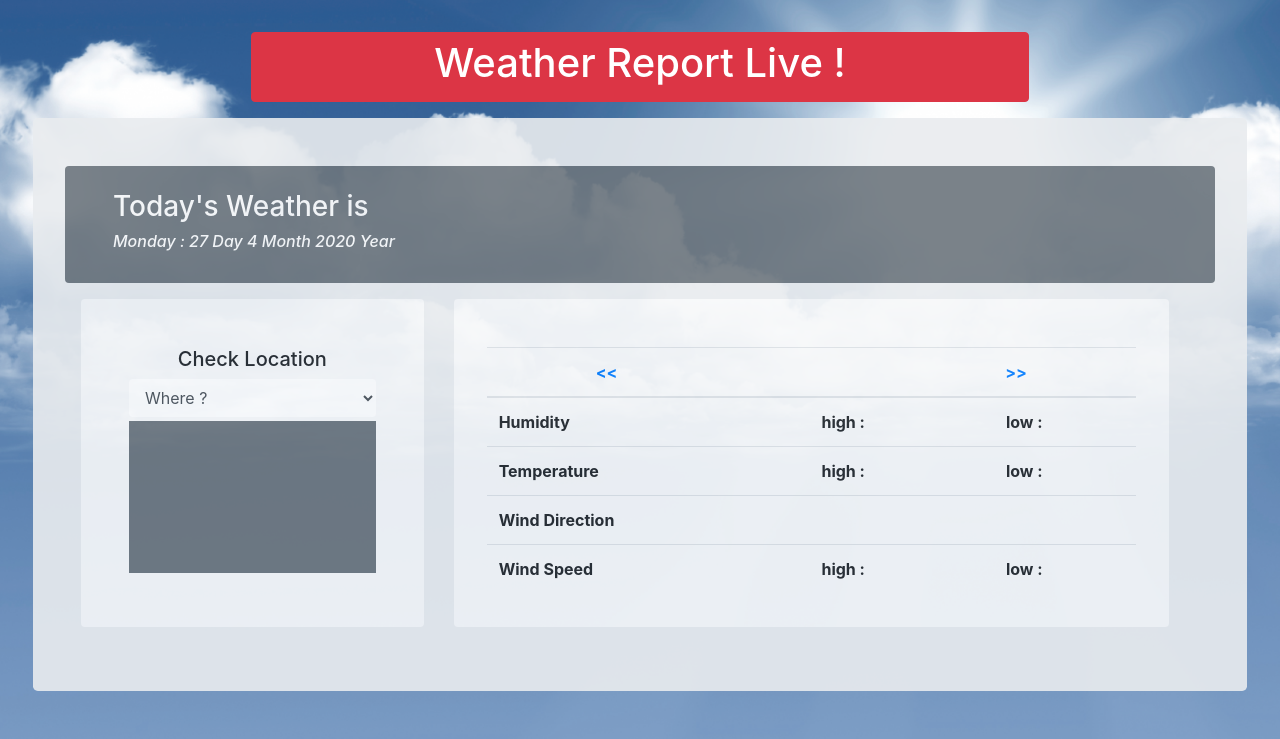
Repository: Code-Institute-Submissions/projectchen88-weatherForecast
Page: index.html
The author's editor kept a record of every edit. The page is drawn from the files as they stood at one moment, then again after the next edit.
The browser window is 1280 px wide. The pictures show the whole page.
The page's requests for data from a server got no answer.

Above is the page before.
Console error (its wording comes from the project's code and is left out).

### index.html
<!doctype html>
<html lang="en">

<head>
    <!-- Required meta tags -->
    <meta charset="utf-8">
    <meta name="viewport" content="width=device-width, initial-scale=1, shrink-to-fit=no">
    <!--AXIOS link-->
    <script src="https://unpkg.com/axios/dist/axios.min.js"></script>
    <!-- Bootstrap CSS -->
    <link rel="stylesheet" href="https://stackpath.bootstrapcdn.com/bootstrap/4.4.1/css/bootstrap.min.css" integrity="sha384-Vkoo8x4CGsO3+Hhxv8T/Q5PaXtkKtu6ug5TOeNV6gBiFeWPGFN9MuhOf23Q9Ifjh" crossorigin="anonymous">
    <!--Font Awesome-->
    <link rel="stylesheet" href="https://cdnjs.cloudflare.com/ajax/libs/font-awesome/4.7.0/css/font-awesome.min.css">
    <!--Custom CSS-->
    <link rel="stylesheet" href="styles/style.css" type="text/css" />
    <title>Hello, world!</title>
</head>

<body>
    <main id='main-page' class='container-fluid px-5 py-3'>
        <!--Header-->
        <div class="row">
            <div class="col-md-8 col-12 p-3 mx-auto">
                <span class='btn btn-danger w-100'><h1>Weather Report Live ! </h1></span>
            </div>
        </div>

        <!--Current Weather -->
        <div class="row jumbotron py-5">
            <div class="col-12 px-5 py-4 bg-secondary text-light rounded">
                <h3>Today's Weather is <span id='status'></span></h3>
                <h6 id='dateToday' class='font-italic'></h6>
            </div>
            <div id='display-section' class="col-12 p-3">
                <div class="box row">
                    <!--Check and display weather of location selected-->
                    <div class="box col-md-4 col-12 mx-auto text-center">
                        <div class="box p-5 bg-light rounded">
                            <h5>Check Location</h5>
                            <div>
                                <select class='form-control border-0' id="select">
                                    <option>Where ?</option>
                                </select>
                            </div>
                            <div class='mt-1 p-2 bg-secondary'>
                                <!--<p id='weather' class='font-bolder text-light'></p>   -->
                                <p class='p-5 bg-secondary text-light rounded font-weight-bolder' id='weather'>&nbsp</p>

                            </div>
                        </div>
                    </div>

                    <!--Display 4 days forecast-->
                    <div class="box col-md-8 col-12 mx-auto text-center">
                        <div class="box p-5 bg-light rounded">
                            <div class='display-box'>
                                <div class="row">
                                    <!--<div class="col-5">-->
                                        <!--<h5>Forecast for date :</h5>-->
                                        <!--<div class='d-flex justify-content-center'>-->
                                        <!--    <div class='d-flex'>-->
                                        <!--            <div id='next-day' class='text-primary'> << &nbsp</div>-->
                                        <!--            <h5 id='forecast-title'> </h5>-->
                                        <!--            <div id='next-day' class='text-primary'> &nbsp >> </div>-->
                                        <!--    </div>-->
                                        <!--    <div>-->
                                        <!--        <p class='p-5 bg-secondary text-light rounded font-weight-bolder' id='forecast'></p>-->
                                        <!--    </div>-->
                                        <!--</div>-->
                                        <!--<div class="col-7">-->
                                            <table class='table table-stripe '>
                                                <thead>
                                                    <tr>
                                                        <th colspan='5'>
                                                            <div class='d-flex justify-content-around'>
                                                            <div id='prev-day' class='text-primary'> << </div>
                                                            <span id='forecast-title'></span>
                                                            <div id='next-day' class='text-primary'> >> </div>
                                                            </div>
                                                        </th>
                                                    </tr>
                                                </thead>
                                                <tbody>
                                                    <tr>
                                                        <th class='text-left'>Humidity</th>
                                                        <th>high :</th>
                                                        <td id='humidity-high'></td>
                                                        <th>low :</th>
                                                        <td id='humidity-low'></td>
                                                    </tr>
                                                    <tr>
                                                        <th class='text-left'>Temperature</th>
                                                        <th>high :</th>
                                                        <td id='temperature-high'></td>
                                                        <th>low :</th>
                                                        <td id='temperature-low'></td>
                                                    </tr>
                                                    <tr>
                                                        <th class='text-left'>Wind Direction</th>
                                                        <td id='wind-direction' colspan='4'></td>
                                                    </tr>
                                                    <tr>
                                                        <th class='text-left'>Wind Speed</th>
                                                        <th>high :</th>
                                                        <td id='wind-speed-high'></td>
                                                        <th>low :</th>
                                                        <td id='wind-speed-low'></td>
                                                    </tr>
                                                </tbody>

                                            </table>

                                        <!--</div>-->

                                    <!--</div>-->
                                </div>
                            </div>
                        </div>


                    </div>
                </div>
            </div>


    </main>


    <!-- Optional JavaScript -->
    <!-- jQuery first, then Popper.js, then Bootstrap JS -->
    <script src="https://code.jquery.com/jquery-3.4.1.js" integrity="sha256-WpOohJOqMqqyKL9FccASB9O0KwACQJpFTUBLTYOVvVU=" crossorigin="anonymous"></script>
    <script src="https://cdn.jsdelivr.net/npm/popper.js@1.16.0/dist/umd/popper.min.js" integrity="sha384-Q6E9RHvbIyZFJoft+2mJbHaEWldlvI9IOYy5n3zV9zzTtmI3UksdQRVvoxMfooAo" crossorigin="anonymous"></script>
    <script src="https://stackpath.bootstrapcdn.com/bootstrap/4.4.1/js/bootstrap.min.js" integrity="sha384-wfSDF2E50Y2D1uUdj0O3uMBJnjuUD4Ih7YwaYd1iqfktj0Uod8GCExl3Og8ifwB6" crossorigin="anonymous"></script>
    <!--Custom JS script-->
    <script type="text/javascript" src="scripts/script.js"></script>
</body>

</html>

### scripts/script.js
/*  global $ axios */

var source1 = "https://api.data.gov.sg/v1/environment/2-hour-weather-forecast"
var source2 = "https://api.data.gov.sg/v1/environment/4-day-weather-forecast"
var forecastData =[]
var tempData =[]
var option =[]
var status


//AXIO TO GET DATA FROM JSON FILE (local)
function getForecast(callback) {
  axios.get(source1)
    .then(function(response) {
      let result = response.data;
      console.log(result)
      callback(result)
    })
}
function getTemp(callback) {
  axios.get(source2)
    .then(function(response) {
      let result = response.data.items[0].forecasts;
      console.log(result)
      callback(result)
    })
}
function displayDailyForecast( day ) {
  document.getElementById("forecast-title").innerHTML="Weather Forecast for date : " +tempData[day].date
  document.getElementById("forecast").innerHTML=tempData[day].forecast
  document.getElementById("humidity-high").innerHTML=tempData[day].relative_humidity.high
  document.getElementById("humidity-low").innerHTML=tempData[day].relative_humidity.low
  document.getElementById("temperature-high").innerHTML=tempData[day].temperature.high
  document.getElementById("temperature-low").innerHTML=tempData[day].temperature.low
  document.getElementById("wind-direction").innerHTML="The wind will be blowing in the "+tempData[day].wind.direction+" direction"
  document.getElementById("wind-speed-high").innerHTML=tempData[day].wind.speed.high
  document.getElementById("wind-speed-low").innerHTML=tempData[day].wind.speed.low

}
getTemp(function(data){
  tempData = data;
  tempData.count = 0 // tracker for the day result that is displayed
  displayDailyForecast (tempData.count)
  document.getElementById("forecast").innerHTML=tempData[0].forecast
})

getForecast( function(data) {
    forecastData = data
    status = forecastData.api_info.status
    document.getElementById("status").innerHTML = status;

    let forecastsArea = forecastData.items[0].forecasts

    var select = document.getElementById("select");
    for (let item in forecastsArea) {
      var el = document.createElement("option");
      el.textContent = forecastsArea[item].area;
      el.value = forecastsArea[item].area;
      select.appendChild(el);
    }
})

$ (function () {
  // $('#prev-day').hide();

  // Set the date of today to be displayed
  var d = new Date();
  var weekday = new Array(7);
  weekday[0] = "Sunday";
  weekday[1] = "Monday";
  weekday[2] = "Tuesday";
  weekday[3] = "Wednesday";
  weekday[4] = "Thursday";
  weekday[5] = "Friday";
  weekday[6] = "Saturday";
  var strDate = weekday[d.getDay()] + " : " + d.getDate() + " Day " + (d.getMonth()+1) + " Month " + d.getFullYear() + " Year " ;
  $('#dateToday').text(strDate)

  // Detect for change in option change in selection of area and display the weather
  $('#select').change(function(){
    // displayWeather()
    let forecastsArea = forecastData.items[0].forecasts
    for (let item in forecastsArea) {
      var select = $('#select').val()
      if (select == forecastsArea[item].area)
      $('#weather').text("The weather at "+ forecastsArea[item].area +" is expected to be "+forecastsArea[item].forecast)
    }
  })

  // Detect for change to view. forecast for next day
  $('#next-day').click( function () {
    if (tempData.count < 3) {
      tempData.count ++ ;
      displayDailyForecast(tempData.count)
      if (tempData.count >= 3) {
        // $('#next-day').hide()
      }
      $('#prev-day').text('<<')
    }
    else {
      $('#next-day').text('>>|')
    }
  })

  $('#prev-day').on('click', function () {
   if (tempData.count >= 0) {
      tempData.count -- ;
      displayDailyForecast(tempData.count)
      if (tempData.count <= 0 ) {
        $('#next-day').text(">>")
      }
      $('#prev-day').text('|<<')
    }
  })
})

Loaded but not shown: styles/style.css (common file)

After the next edit:
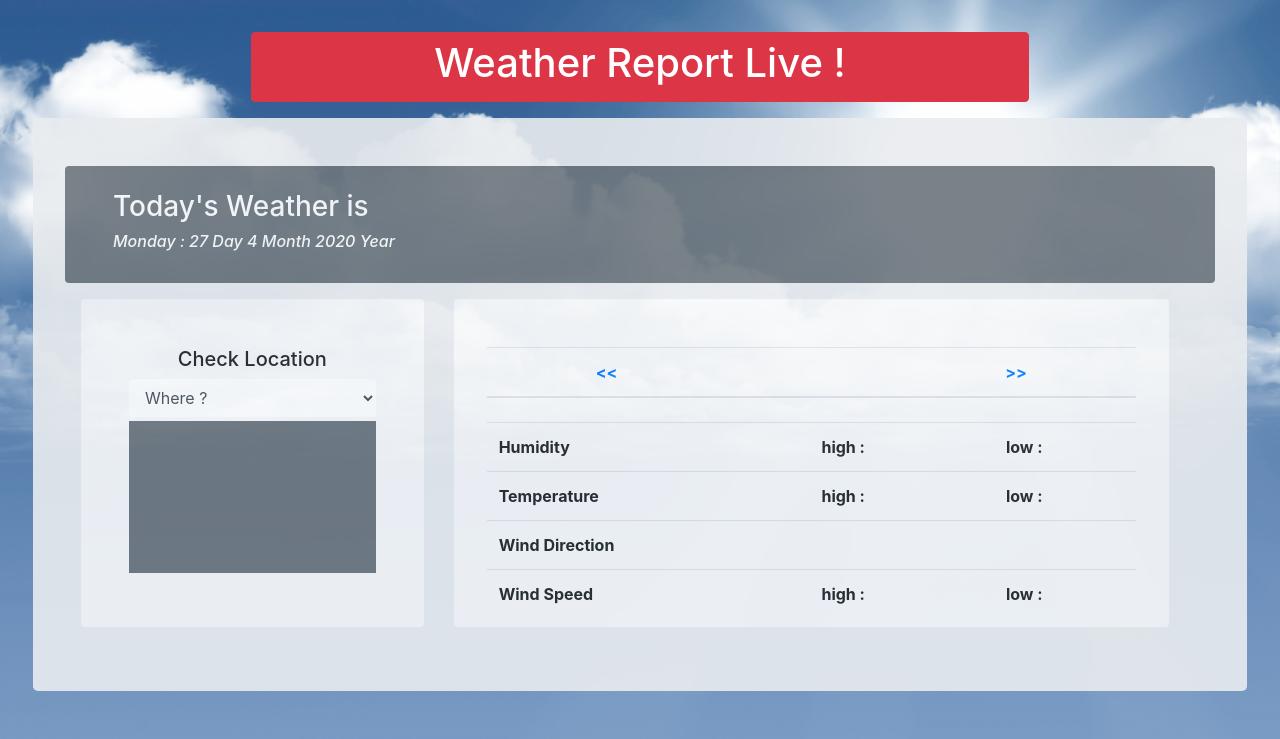
The edit:
--- a/index.html
+++ b/index.html
@@ -82,6 +82,9 @@
                                                 </thead>
                                                 <tbody>
                                                     <tr>
+                                                        <td id='forecast' colspan='5'></td>
+                                                    </tr>
+                                                    <tr>
                                                         <th class='text-left'>Humidity</th>
                                                         <th>high :</th>
                                                         <td id='humidity-high'></td>
